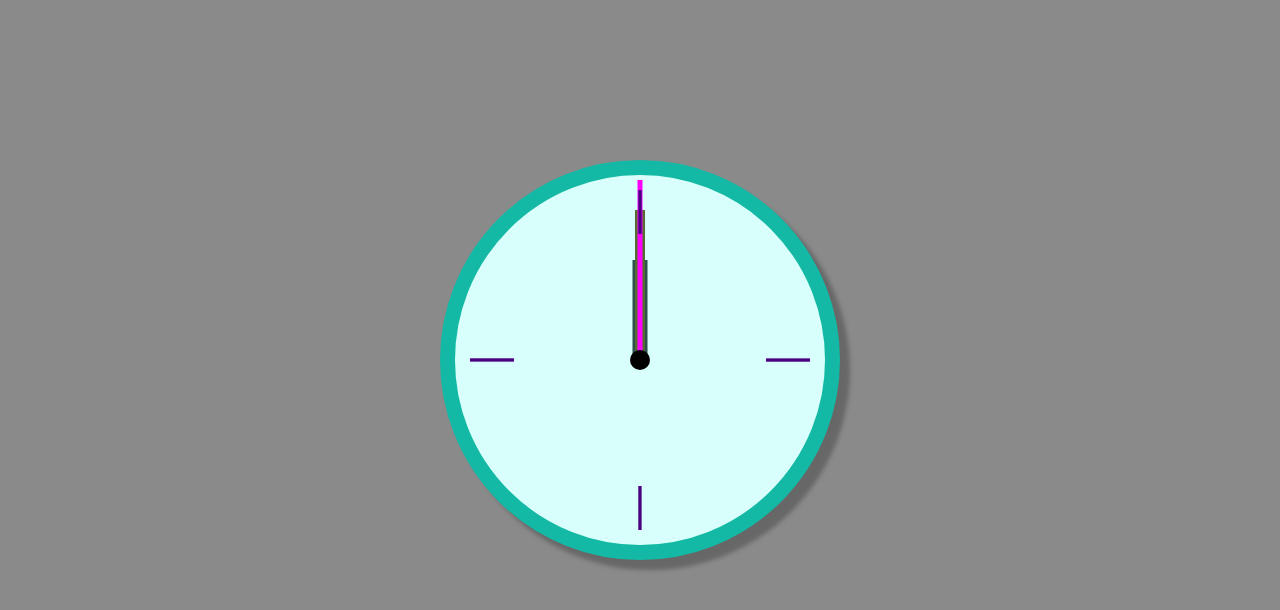
Repository: ChenWarren/web-clock
Page: index.html
An editor plug-in stored every save of this project. The page is shown before and after a run of saves, followed by the edit.
The browser window is 1280 px wide. The pictures show the whole page.

Above is the page before, as saved 2021-03-18 21:34:24.

After the next 4 saves:
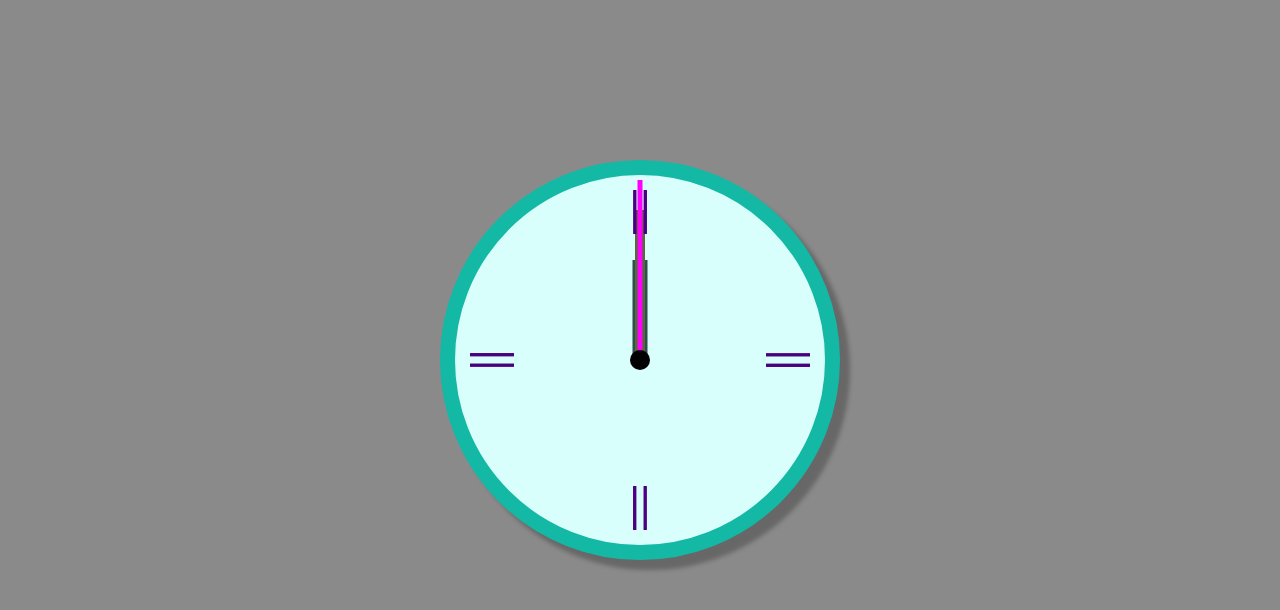
The 4 saves are shown as one change because they came seconds apart.
The last was saved 17 s later.
--- a/index.html
+++ b/index.html
@@ -15,16 +15,16 @@
         <div class="center_dot"></div>
 
         <div class="number num_1">
-            <h2>|</h2>
+            <h2>||</h2>
         </div>
         <div class="number num_3">
-            <h2 class="">|</h2>
+            <h2 class="">||</h2>
         </div>
         <div class="number num_6">
-            <h2>|</h2>
+            <h2>||</h2>
         </div>
         <div class="number num_9">
-            <h2>|</h2>
+            <h2>||</h2>
         </div>
 
         <div class="dot"></div>
